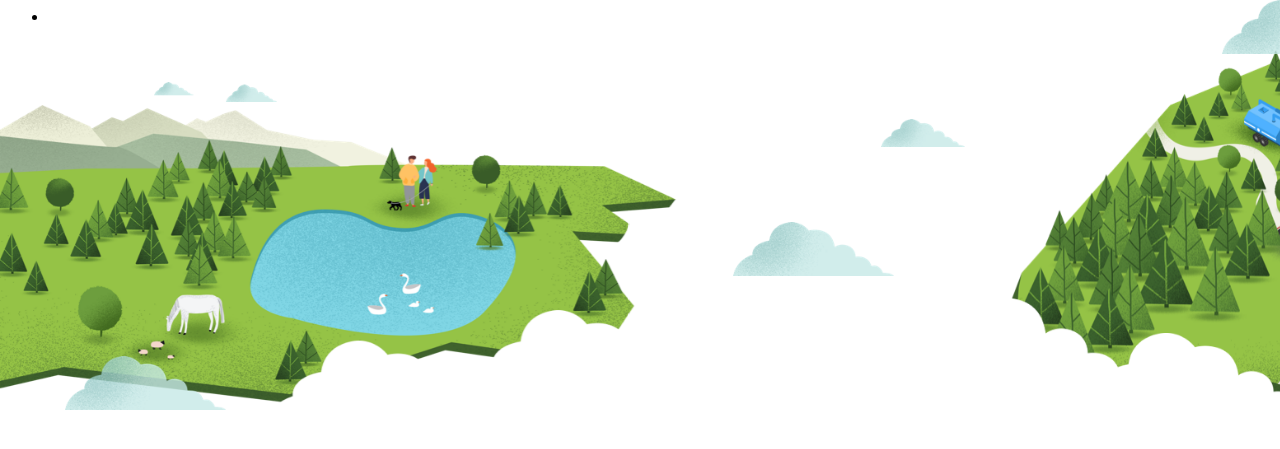
Repository: caothaito/b6g6
Page: bogo/q.html
These files come from the project's save history. The page is drawn as it stood at one moment and after a run of saves; the edit follows.
The browser window is 1280 px wide. The pictures show the whole page.

Above is the page before, as saved 2020-08-21 14:22:16.
Console error: ReferenceError: setREVStartSize is not defined

### bogo/q.html
<div class="plant-trees--slider pull-left w100">
    <div class="forcefullwidth_wrapper_tp_banner">
        <div  class="rev_slider_wrapper fullwidthbanner-container" >

            <div class="rev_slider fullwidthabanner revslider-initialised tp-simpleresponsive rev_redraw_on_blurfocus">
                <ul class="tp-revslider-mainul">
                    <li>
                        <div class="slotholder">
                            <!--Runtime Modification - Img tag is Still Available for SEO Goals in Source - <img src="" data-bgcolor="#ffffff" style="background:#ffffff" alt="" title="Hello world!" data-bgposition="center center" data-bgfit="cover" data-bgrepeat="no-repeat" data-bgparallax="off" class="rev-slidebg defaultimg" data-no-retina="">-->
                            <div class="tp-bgimg defaultimg "></div>
                        </div>

                        <div class="tp-parallax-wrap"
                            style="position: absolute; display: block; visibility: visible; left: 0px; top: 105px; z-index: 5;">
                            <div class="tp-loop-wrap" style="position:absolute;display:block;;">
                                <div class="tp-mask-wrap"
                                    style="position: absolute; display: block; overflow: hidden; transform: matrix(1, 0, 0, 1, 0, 0);">
                                    <div class="tp-caption   tp-resizeme" id="slide-1-layer-2" data-x="" data-y="128"
                                        data-width="['none','none','none','none']"
                                        data-height="['none','none','none','none']" data-type="image"
                                        data-responsive_offset="on"
                                        data-frames="[{&quot;delay&quot;:10,&quot;speed&quot;:3000,&quot;frame&quot;:&quot;0&quot;,&quot;from&quot;:&quot;x:[-100%];z:0;rX:0deg;rY:0;rZ:0;sX:1;sY:1;skX:0;skY:0;&quot;,&quot;mask&quot;:&quot;x:0px;y:0px;s:inherit;e:inherit;&quot;,&quot;to&quot;:&quot;o:1;&quot;,&quot;ease&quot;:&quot;Power3.easeInOut&quot;},{&quot;delay&quot;:&quot;wait&quot;,&quot;speed&quot;:300,&quot;frame&quot;:&quot;999&quot;,&quot;to&quot;:&quot;opacity:0;&quot;,&quot;ease&quot;:&quot;Power3.easeInOut&quot;}]"
                                        data-textalign="['inherit','inherit','inherit','inherit']"
                                        data-paddingtop="[0,0,0,0]" data-paddingright="[0,0,0,0]"
                                        data-paddingbottom="[0,0,0,0]" data-paddingleft="[0,0,0,0]"
                                        style="z-index: 5; visibility: inherit; transition: none 0s ease 0s; text-align: inherit; line-height: 0px; border-width: 0px; margin: 0px; padding: 0px; letter-spacing: 0px; font-weight: 400; font-size: 13px; white-space: nowrap; min-height: 0px; min-width: 0px; max-height: none; max-width: none; opacity: 1; transform-origin: 50% 50% 0px; transform: matrix3d(1, 0, 0, 0, 0, 1, 0, 0, 0, 0, 1, 0, 0, 0, 0, 1);">
                                        <img src="assets/images/home/pl-left.png" alt="" data-ww="886px" data-hh="397px"
                                            width="886" height="397" data-no-retina=""
                                            style="width: 730.489px; height: 327.318px; transition: none 0s ease 0s; text-align: inherit; line-height: 0px; border-width: 0px; margin: 0px; padding: 0px; letter-spacing: 0px; font-weight: 400; font-size: 11px;">
                                    </div>
                                </div>
                            </div>
                        </div>
                        <div class="tp-parallax-wrap"
                            style="position: absolute; display: block; visibility: visible; left: 841px; top: 9px; z-index: 6;">
                            <div class="tp-loop-wrap" style="position:absolute;display:block;;">
                                <div class="tp-mask-wrap"
                                    style="position: absolute; display: block; overflow: visible;">
                                    <div class="tp-caption   tp-resizeme" id="slide-1-layer-3" data-x="1021" data-y="12"
                                        data-width="['none','none','none','none']"
                                        data-height="['none','none','none','none']" data-type="image"
                                        data-responsive_offset="on"
                                        data-frames="[{&quot;delay&quot;:10,&quot;speed&quot;:4000,&quot;frame&quot;:&quot;0&quot;,&quot;from&quot;:&quot;x:50px;opacity:0;&quot;,&quot;to&quot;:&quot;o:1;&quot;,&quot;ease&quot;:&quot;Power3.easeInOut&quot;},{&quot;delay&quot;:&quot;wait&quot;,&quot;speed&quot;:300,&quot;frame&quot;:&quot;999&quot;,&quot;to&quot;:&quot;opacity:0;&quot;,&quot;ease&quot;:&quot;Power3.easeInOut&quot;}]"
                                        data-textalign="['inherit','inherit','inherit','inherit']"
                                        data-paddingtop="[0,0,0,0]" data-paddingright="[0,0,0,0]"
                                        data-paddingbottom="[0,0,0,0]" data-paddingleft="[0,0,0,0]"
                                        style="z-index: 6; visibility: inherit; transition: none 0s ease 0s; text-align: inherit; line-height: 0px; border-width: 0px; margin: 0px; padding: 0px; letter-spacing: 0px; font-weight: 400; font-size: 13px; white-space: nowrap; min-height: 0px; min-width: 0px; max-height: none; max-width: none; opacity: 1; transform-origin: 50% 50% 0px; transform: matrix3d(1, 0, 0, 0, 0, 1, 0, 0, 0, 0, 1, 0, 0, 0, 0, 1);">
                                        <img src="assets/images/home/pl-right.png" alt="" data-ww="899px"
                                            data-hh="523px" width="899" height="523" data-no-retina=""
                                            style="width: 741.207px; height: 431.203px; transition: none 0s ease 0s; text-align: inherit; line-height: 0px; border-width: 0px; margin: 0px; padding: 0px; letter-spacing: 0px; font-weight: 400; font-size: 11px;">
                                    </div>
                                </div>
                            </div>
                        </div>
                        <div class="tp-parallax-wrap  tp-parallax-container"
                            style="position: absolute; display: block; visibility: visible; left: 154px; top: 82px; z-index: 7; transform: matrix(1, 0, 0, 1, 0, 0);">
                            <div class="tp-loop-wrap" style="position:absolute;display:block;;">
                                <div class="tp-mask-wrap"
                                    style="position: absolute; display: block; overflow: visible;">
                                    <div class="tp-caption   tp-resizeme rs-parallaxlevel-1" id="slide-1-layer-4"
                                        data-x="187" data-y="100" data-width="['none','none','none','none']"
                                        data-height="['none','none','none','none']" data-type="image"
                                        data-responsive_offset="on"
                                        data-frames="[{&quot;delay&quot;:10,&quot;speed&quot;:300,&quot;frame&quot;:&quot;0&quot;,&quot;from&quot;:&quot;opacity:0;&quot;,&quot;to&quot;:&quot;o:1;&quot;,&quot;ease&quot;:&quot;Power3.easeInOut&quot;},{&quot;delay&quot;:&quot;wait&quot;,&quot;speed&quot;:300,&quot;frame&quot;:&quot;999&quot;,&quot;to&quot;:&quot;opacity:0;&quot;,&quot;ease&quot;:&quot;Power3.easeInOut&quot;}]"
                                        data-textalign="['inherit','inherit','inherit','inherit']"
                                        data-paddingtop="[0,0,0,0]" data-paddingright="[0,0,0,0]"
                                        data-paddingbottom="[0,0,0,0]" data-paddingleft="[0,0,0,0]"
                                        style="z-index: 7; visibility: inherit; transition: none 0s ease 0s; text-align: inherit; line-height: 0px; border-width: 0px; margin: 0px; padding: 0px; letter-spacing: 0px; font-weight: 400; font-size: 13px; white-space: nowrap; min-height: 0px; min-width: 0px; max-height: none; max-width: none; opacity: 1; transform-origin: 50% 50% 0px; transform: matrix3d(1, 0, 0, 0, 0, 1, 0, 0, 0, 0, 1, 0, 0, 0, 0, 1);">
                                        <img src="assets/images/home/cloud.png" alt="" data-ww="149px" data-hh="24px"
                                            width="149" height="24" data-no-retina=""
                                            style="width: 122.847px; height: 19.7875px; transition: none 0s ease 0s; text-align: inherit; line-height: 0px; border-width: 0px; margin: 0px; padding: 0px; letter-spacing: 0px; font-weight: 400; font-size: 11px;">
                                    </div>
                                </div>
                            </div>
                        </div>
                        <div class="tp-parallax-wrap  tp-parallax-container"
                            style="position: absolute; display: block; visibility: visible; left: 65px; top: 356px; z-index: 8; transform: matrix(1, 0, 0, 1, 0, 0);">
                            <div class="tp-loop-wrap" style="position:absolute;display:block;;">
                                <div class="tp-mask-wrap"
                                    style="position: absolute; display: block; overflow: visible;">
                                    <div class="tp-caption   tp-resizeme rs-parallaxlevel-1" id="slide-1-layer-5"
                                        data-x="80" data-y="432" data-width="['none','none','none','none']"
                                        data-height="['none','none','none','none']" data-type="image"
                                        data-responsive_offset="on"
                                        data-frames="[{&quot;delay&quot;:10,&quot;speed&quot;:300,&quot;frame&quot;:&quot;0&quot;,&quot;from&quot;:&quot;opacity:0;&quot;,&quot;to&quot;:&quot;o:1;&quot;,&quot;ease&quot;:&quot;Power3.easeInOut&quot;},{&quot;delay&quot;:&quot;wait&quot;,&quot;speed&quot;:300,&quot;frame&quot;:&quot;999&quot;,&quot;to&quot;:&quot;opacity:0;&quot;,&quot;ease&quot;:&quot;Power3.easeInOut&quot;}]"
                                        data-textalign="['inherit','inherit','inherit','inherit']"
                                        data-paddingtop="[0,0,0,0]" data-paddingright="[0,0,0,0]"
                                        data-paddingbottom="[0,0,0,0]" data-paddingleft="[0,0,0,0]"
                                        style="z-index: 8; visibility: inherit; transition: none 0s ease 0s; text-align: inherit; line-height: 0px; border-width: 0px; margin: 0px; padding: 0px; letter-spacing: 0px; font-weight: 400; font-size: 13px; white-space: nowrap; min-height: 0px; min-width: 0px; max-height: none; max-width: none; opacity: 1; transform-origin: 50% 50% 0px; transform: matrix3d(1, 0, 0, 0, 0, 1, 0, 0, 0, 0, 1, 0, 0, 0, 0, 1);">
                                        <img src="assets/images/home/cloud-md.png" alt="" data-ww="195px" data-hh="66px"
                                            width="195" height="66" data-no-retina=""
                                            style="width: 160.773px; height: 54.4156px; transition: none 0s ease 0s; text-align: inherit; line-height: 0px; border-width: 0px; margin: 0px; padding: 0px; letter-spacing: 0px; font-weight: 400; font-size: 11px;">
                                    </div>
                                </div>
                            </div>
                        </div>
                        <div class="tp-parallax-wrap  tp-parallax-container"
                            style="position: absolute; display: block; visibility: visible; left: 733px; top: 222px; z-index: 9; transform: matrix(1, 0, 0, 1, 0, 0);">
                            <div class="tp-loop-wrap" style="position:absolute;display:block;;">
                                <div class="tp-mask-wrap"
                                    style="position: absolute; display: block; overflow: visible;">
                                    <div class="tp-caption   tp-resizeme rs-parallaxlevel-3" id="slide-1-layer-6"
                                        data-x="890" data-y="270" data-width="['none','none','none','none']"
                                        data-height="['none','none','none','none']" data-type="image"
                                        data-responsive_offset="on"
                                        data-frames="[{&quot;delay&quot;:10,&quot;speed&quot;:300,&quot;frame&quot;:&quot;0&quot;,&quot;from&quot;:&quot;opacity:0;&quot;,&quot;to&quot;:&quot;o:1;&quot;,&quot;ease&quot;:&quot;Power3.easeInOut&quot;},{&quot;delay&quot;:&quot;wait&quot;,&quot;speed&quot;:300,&quot;frame&quot;:&quot;999&quot;,&quot;to&quot;:&quot;opacity:0;&quot;,&quot;ease&quot;:&quot;Power3.easeInOut&quot;}]"
                                        data-textalign="['inherit','inherit','inherit','inherit']"
                                        data-paddingtop="[0,0,0,0]" data-paddingright="[0,0,0,0]"
                                        data-paddingbottom="[0,0,0,0]" data-paddingleft="[0,0,0,0]"
                                        style="z-index: 9; visibility: inherit; transition: none 0s ease 0s; text-align: inherit; line-height: 0px; border-width: 0px; margin: 0px; padding: 0px; letter-spacing: 0px; font-weight: 400; font-size: 13px; white-space: nowrap; min-height: 0px; min-width: 0px; max-height: none; max-width: none; opacity: 1; transform-origin: 50% 50% 0px; transform: matrix3d(1, 0, 0, 0, 0, 1, 0, 0, 0, 0, 1, 0, 0, 0, 0, 1);">
                                        <img src="assets/images/home/cloud-md.png" alt="" data-ww="195px" data-hh="66px"
                                            width="195" height="66" data-no-retina=""
                                            style="width: 160.773px; height: 54.4156px; transition: none 0s ease 0s; text-align: inherit; line-height: 0px; border-width: 0px; margin: 0px; padding: 0px; letter-spacing: 0px; font-weight: 400; font-size: 11px;">
                                    </div>
                                </div>
                            </div>
                        </div>
                        <div class="tp-parallax-wrap  tp-parallax-container"
                            style="position: absolute; display: block; visibility: visible; left: 1222px; top: 0px; z-index: 10; transform: matrix(1, 0, 0, 1, 0, 0);">
                            <div class="tp-loop-wrap" style="position:absolute;display:block;;">
                                <div class="tp-mask-wrap"
                                    style="position: absolute; display: block; overflow: visible;">
                                    <div class="tp-caption   tp-resizeme rs-parallaxlevel-1" id="slide-1-layer-7"
                                        data-x="1483" data-y="1" data-width="['none','none','none','none']"
                                        data-height="['none','none','none','none']" data-type="image"
                                        data-responsive_offset="on"
                                        data-frames="[{&quot;delay&quot;:10,&quot;speed&quot;:300,&quot;frame&quot;:&quot;0&quot;,&quot;from&quot;:&quot;opacity:0;&quot;,&quot;to&quot;:&quot;o:1;&quot;,&quot;ease&quot;:&quot;Power3.easeInOut&quot;},{&quot;delay&quot;:&quot;wait&quot;,&quot;speed&quot;:300,&quot;frame&quot;:&quot;999&quot;,&quot;to&quot;:&quot;opacity:0;&quot;,&quot;ease&quot;:&quot;Power3.easeInOut&quot;}]"
                                        data-textalign="['inherit','inherit','inherit','inherit']"
                                        data-paddingtop="[0,0,0,0]" data-paddingright="[0,0,0,0]"
                                        data-paddingbottom="[0,0,0,0]" data-paddingleft="[0,0,0,0]"
                                        style="z-index: 10; visibility: inherit; transition: none 0s ease 0s; text-align: inherit; line-height: 0px; border-width: 0px; margin: 0px; padding: 0px; letter-spacing: 0px; font-weight: 400; font-size: 13px; white-space: nowrap; min-height: 0px; min-width: 0px; max-height: none; max-width: none; opacity: 1; transform-origin: 50% 50% 0px; transform: matrix3d(1, 0, 0, 0, 0, 1, 0, 0, 0, 0, 1, 0, 0, 0, 0, 1);">
                                        <img src="assets/images/home/cloud-md.png" alt="" data-ww="195px" data-hh="66px"
                                            width="195" height="66" data-no-retina=""
                                            style="width: 160.773px; height: 54.4156px; transition: none 0s ease 0s; text-align: inherit; line-height: 0px; border-width: 0px; margin: 0px; padding: 0px; letter-spacing: 0px; font-weight: 400; font-size: 11px;">
                                    </div>
                                </div>
                            </div>
                        </div>
                        <div class="tp-parallax-wrap  tp-parallax-container"
                            style="position: absolute; display: block; visibility: visible; left: 881px; top: 119px; z-index: 11; transform: matrix(1, 0, 0, 1, 0, 0);">
                            <div class="tp-loop-wrap" style="position:absolute;display:block;;">
                                <div class="tp-mask-wrap"
                                    style="position: absolute; display: block; overflow: visible;">
                                    <div class="tp-caption   tp-resizeme rs-parallaxlevel-2" id="slide-1-layer-8"
                                        data-x="1069" data-y="145" data-width="['none','none','none','none']"
                                        data-height="['none','none','none','none']" data-type="image"
                                        data-responsive_offset="on"
                                        data-frames="[{&quot;delay&quot;:10,&quot;speed&quot;:300,&quot;frame&quot;:&quot;0&quot;,&quot;from&quot;:&quot;opacity:0;&quot;,&quot;to&quot;:&quot;o:1;&quot;,&quot;ease&quot;:&quot;Power3.easeInOut&quot;},{&quot;delay&quot;:&quot;wait&quot;,&quot;speed&quot;:300,&quot;frame&quot;:&quot;999&quot;,&quot;to&quot;:&quot;opacity:0;&quot;,&quot;ease&quot;:&quot;Power3.easeInOut&quot;}]"
                                        data-textalign="['inherit','inherit','inherit','inherit']"
                                        data-paddingtop="[0,0,0,0]" data-paddingright="[0,0,0,0]"
                                        data-paddingbottom="[0,0,0,0]" data-paddingleft="[0,0,0,0]"
                                        style="z-index: 11; visibility: inherit; transition: none 0s ease 0s; text-align: inherit; line-height: 0px; border-width: 0px; margin: 0px; padding: 0px; letter-spacing: 0px; font-weight: 400; font-size: 13px; white-space: nowrap; min-height: 0px; min-width: 0px; max-height: none; max-width: none; opacity: 1; transform-origin: 50% 50% 0px; transform: matrix3d(1, 0, 0, 0, 0, 1, 0, 0, 0, 0, 1, 0, 0, 0, 0, 1);">
                                        <img src="assets/images/home/cloud-big.png" alt="" data-ww="102px"
                                            data-hh="34px" width="102" height="34" data-no-retina=""
                                            style="width: 84.0969px; height: 28.0323px; transition: none 0s ease 0s; text-align: inherit; line-height: 0px; border-width: 0px; margin: 0px; padding: 0px; letter-spacing: 0px; font-weight: 400; font-size: 11px;">
                                    </div>
                                </div>
                            </div>
                        </div>
                    </li>
                </ul>
                <div class="tp-bannertimer tp-bottom" style="visibility: hidden !important; width: 0%;"></div>
                <div class="tp-loader off" style="display: none;">
                    <div class="dot1"></div>
                    <div class="dot2"></div>
                    <div class="bounce1"></div>
                    <div class="bounce2"></div>
                    <div class="bounce3"></div>
                </div>
            </div>
            <script>
                var htmlDiv = document.getElementById("rs-plugin-settings-inline-css");
                var htmlDivCss = "";
                if (htmlDiv) {
                    htmlDiv.innerHTML = htmlDiv.innerHTML + htmlDivCss;
                } else {
                    var htmlDiv = document.createElement("div");
                    htmlDiv.innerHTML = "<style>" + htmlDivCss + "</style>";
                    document.getElementsByTagName("head")[0].appendChild(htmlDiv.childNodes[0]);
                }
            </script>
            <script type="text/javascript">
                setREVStartSize({
                    c: jQuery('#rev_slider_1_1'),
                    gridwidth: [1920],
                    gridheight: [525],
                    sliderLayout: 'fullwidth'
                });
                var revapi1,
                    tpj = jQuery;
                tpj(document).ready(function () {
                    if (tpj("#rev_slider_1_1").revolution == undefined) {
                        revslider_showDoubleJqueryError("#rev_slider_1_1");
                    } else {
                        revapi1 = tpj("#rev_slider_1_1").show().revolution({
                            sliderType: "standard",
                            jsFileLocation: "assets/js/",
                            sliderLayout: "fullwidth",
                            dottedOverlay: "none",
                            delay: 9000,
                            navigation: {
                                onHoverStop: "off",
                            },
                            visibilityLevels: [1240, 1024, 778, 480],
                            gridwidth: 1920,
                            gridheight: 525,
                            lazyType: "none",
                            parallax: {
                                type: "mouse",
                                origo: "enterpoint",
                                speed: 400,
                                levels: [5, 10, 15, 20, 25, 30, 35, 40, 45, 46, 47, 48, 49, 50, 51, 55],
                            },
                            shadow: 0,
                            spinner: "off",
                            stopLoop: "off",
                            stopAfterLoops: -1,
                            stopAtSlide: -1,
                            shuffle: "off",
                            autoHeight: "off",
                            disableProgressBar: "on",
                            hideThumbsOnMobile: "off",
                            hideSliderAtLimit: 0,
                            hideCaptionAtLimit: 0,
                            hideAllCaptionAtLilmit: 0,
                            debugMode: false,
                            fallbacks: {
                                simplifyAll: "off",
                                nextSlideOnWindowFocus: "off",
                                disableFocusListener: false,
                            }
                        });
                    }
                });

                /*ready*/
            </script>
        </div>
        <div class="tp-fullwidth-forcer" style="width: 100%; height: 433px;"></div>
    </div>
</div>

After the next 2 saves:
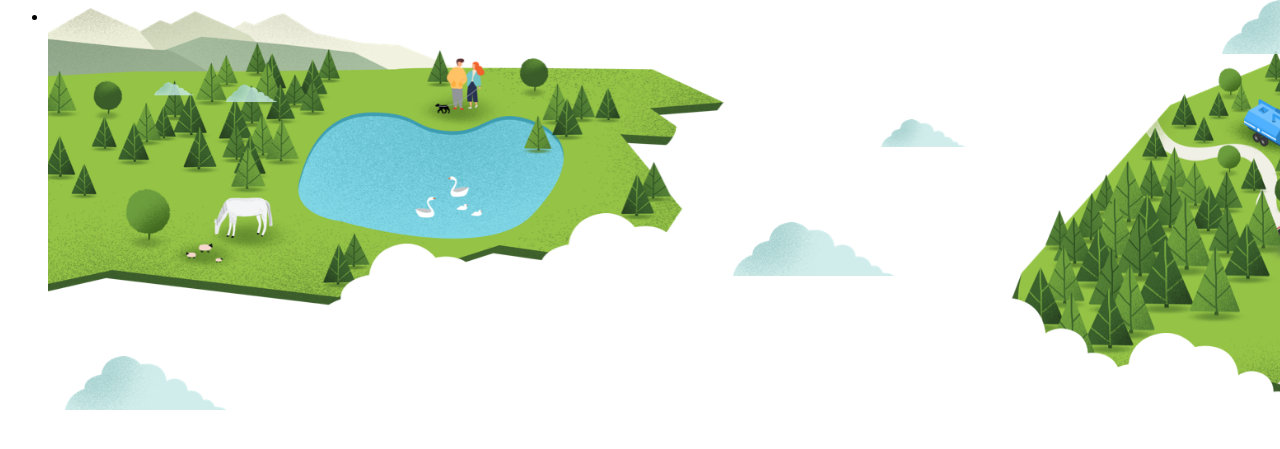
The 2 saves are shown as one change because they came seconds apart.
The last was saved 61 s later.
--- a/bogo/q.html
+++ b/bogo/q.html
@@ -10,9 +10,8 @@
                             <div class="tp-bgimg defaultimg "></div>
                         </div>
 
-                        <div class="tp-parallax-wrap"
-                            style="position: absolute; display: block; visibility: visible; left: 0px; top: 105px; z-index: 5;">
-                            <div class="tp-loop-wrap" style="position:absolute;display:block;;">
+                        <div class="tp-parallax-wrap">
+                            <div class="tp-loop-wrap">
                                 <div class="tp-mask-wrap"
                                     style="position: absolute; display: block; overflow: hidden; transform: matrix(1, 0, 0, 1, 0, 0);">
                                     <div class="tp-caption   tp-resizeme" id="slide-1-layer-2" data-x="" data-y="128"
